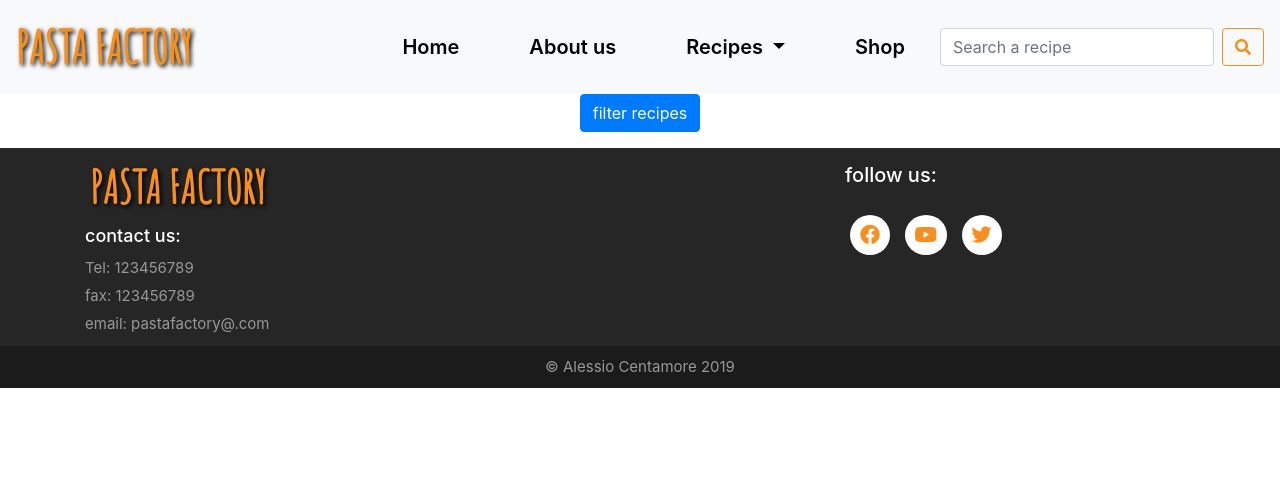
Repository: Baal89/recipe-app
Page: http://localhost/get_recipes
The author's editor kept a record of every edit. The page is drawn from the files as they stood at one moment, then again after the next edit.
The browser window is 1280 px wide. The pictures show the whole page.
Some web libraries are served in a nearby version. The page is served by the project's application, run on Flask 3 (app.py). Queries for data that is not in the repository find no rows.

Above is the page before.
Console error: TypeError: $(...).tooltip is not a function

After the next edit:
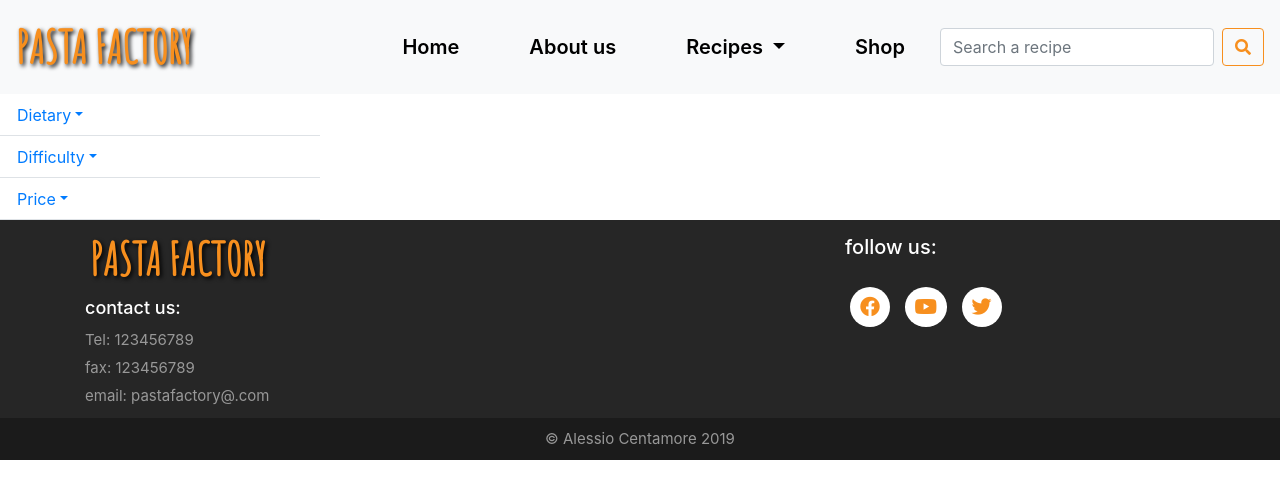
The edit:
--- a/templates/recipes.html
+++ b/templates/recipes.html
@@ -2,18 +2,7 @@
 
 <!-- bootstrap accordion and collapse navbar -->
 <section>
-    <div class="container text-center">
-        <p>
-            <a class="btn btn-primary" data-toggle="collapse" href="#collapseExample" role="button" aria-expanded="false" aria-controls="collapseExample">
-                    filter recipes
-                </a>
-        </p>
-        <div class="collapse" id="collapseExample">
-            <div class="card card-body">
-                <div class="row">
-                    <ul class="nav nav-tabs col-md-3">
-                        <li class="nav-item dropdown">
-                            <a class="nav-link dropdown-toggle" data-toggle="dropdown" href="#" role="button" aria-haspopup="true" aria-expanded="false">Type</a>
+
                             <form method="POST" action="{{url_for('filter_recipes') }}">
                                 <div>
 
